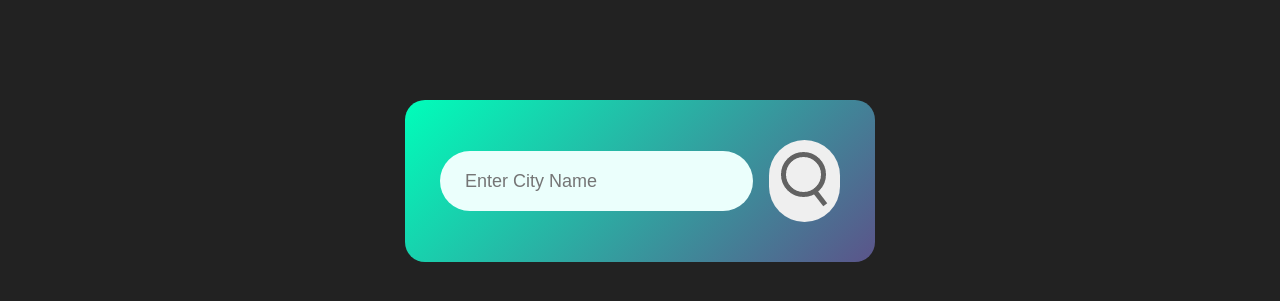
Repository: dubeprince/WeatherApp-Project
Page: WeatherApp/index.html
The author's editor kept a copy of each file at every save. The page is drawn from the files as they stood at one save, then again after the next save.
The browser window is 1280 px wide. The pictures show the whole page.

Above is the page before, as saved 2023-05-26 10:48:07.

### WeatherApp/index.html
<!DOCTYPE html>
<html lang="en">
<head>
    <meta charset="UTF-8">
    <meta http-equiv="X-UA-Compatible" content="IE=edge">
    <meta name="viewport" content="width=device-width, initial-scale=1.0">
    <title>Weather App</title>
    <link rel = "stylesheet" href = "style.css">
</head>
<body>

    <div class="card">
        <div class="search">
            <input type="text" placeholder="Enter City Name" spellcheck="false">
            <button><img src="images/search.png" alt=""></button>
        </div>
    </div>

</body>
</html>

### WeatherApp/style.css
*{
    margin : 0;
    padding: 0;
    font-family: 'Poppins', sans-serif;
    box-sizing: border-box;

}
body{
    background: #222;
}
.card{
    width: 90%;
    max-width: 470px;
    background: linear-gradient(135deg, #00feba, #5b548a);
    color: #fff; /* white */
    margin: 100px auto 0;
    border-radius: 20px;
    padding: 40px 35px;
    text-align: center;

}
.search{
    width: 100%;
    display: flex;
    align-items: center;
    justify-content: space-between;
}
.search input{
    border: 0;
    outline: 0;
    background: #ebfffc;
    color: #555;
    padding: 10px 25px;
    height: 60px;
    border-radius: 30px;
    flex: 1;
    margin-right: 16px;
    font-size: 18px;
}
.search button{
    border: 0;
    outline: 0;
    border-radius: 90px;
    padding : 12px 12px;
}

After the next save:
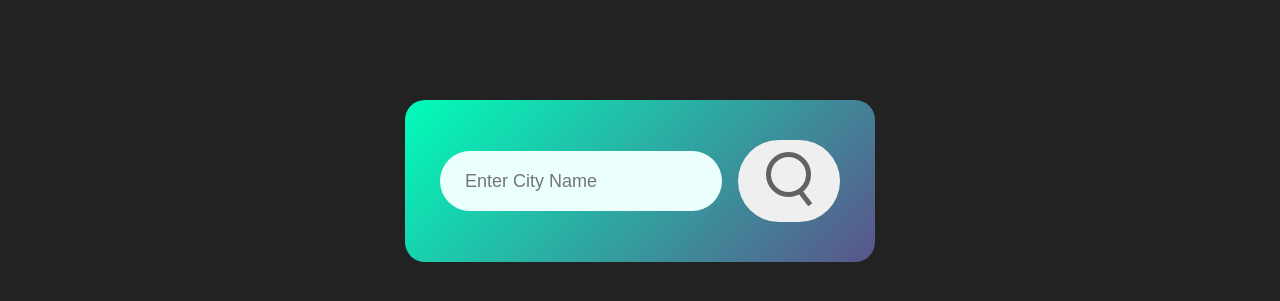
Saved 18 s later.
--- a/WeatherApp/style.css
+++ b/WeatherApp/style.css
@@ -42,4 +42,5 @@
     outline: 0;
     border-radius: 90px;
     padding : 12px 12px;
+    flex: 1;
 }

After the save that followed:
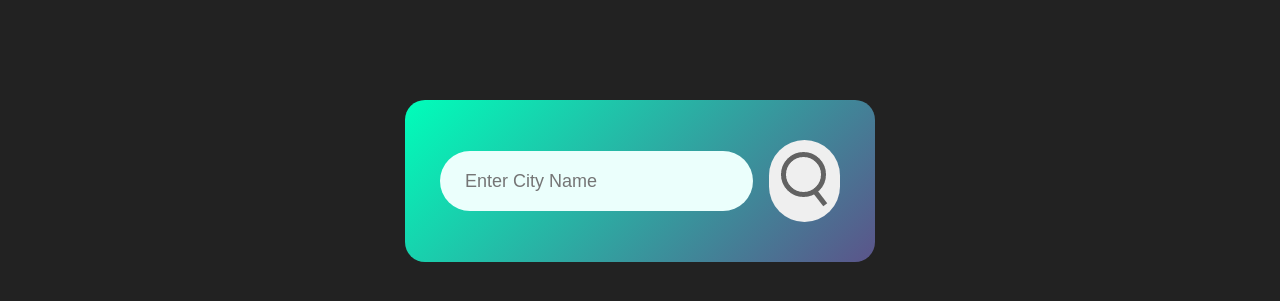
Saved 15 s later.
--- a/WeatherApp/style.css
+++ b/WeatherApp/style.css
@@ -42,5 +42,5 @@
     outline: 0;
     border-radius: 90px;
     padding : 12px 12px;
-    flex: 1;
+
 }
